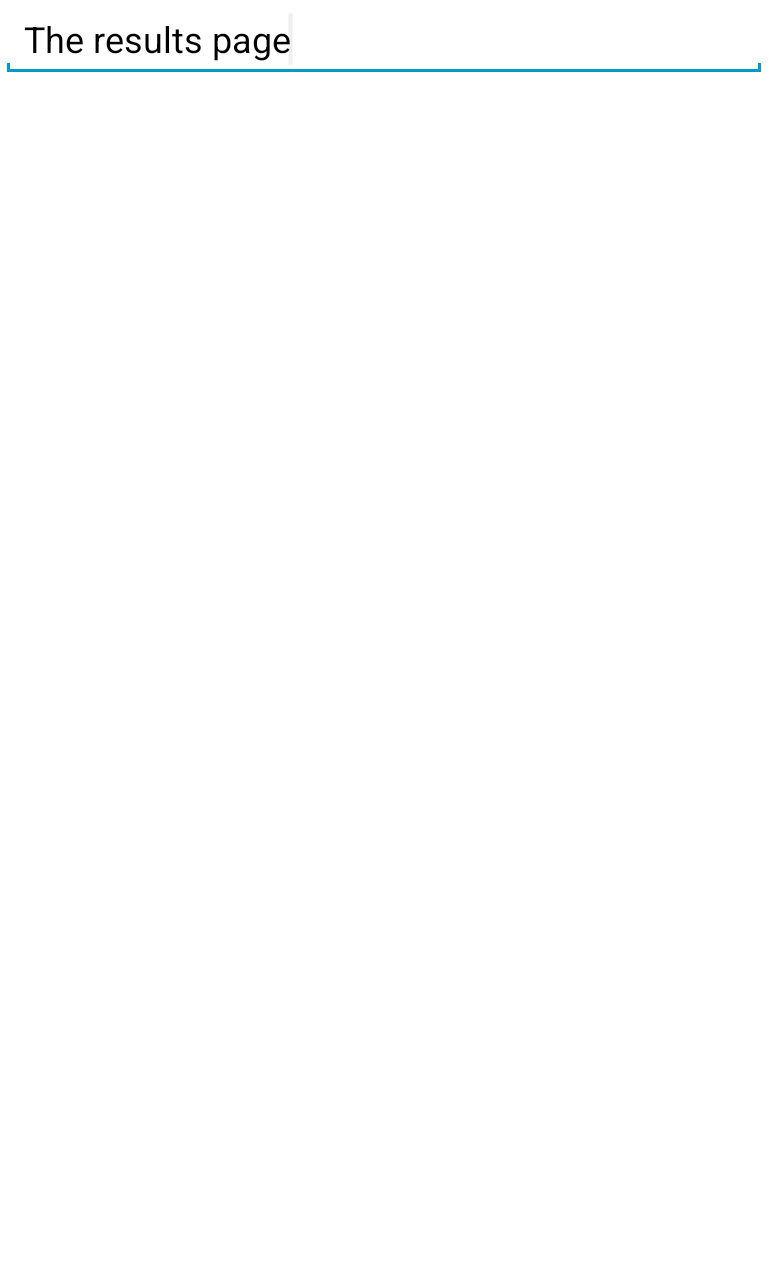
Repository: vmathur/mchacks
Layout: mobile/DealMe/res/layout/result_page.xml
These files come from the project's save history. The layout is drawn as it stood at one moment and after the next save; the edit follows.
It is drawn on a 768 x 1280 px phone screen (xhdpi) without system bars, with theme AppTheme; the app's code is not run.

Above is the layout before, as saved 2014-02-23 06:37:53.

### mobile/DealMe/res/layout/result_page.xml
<?xml version="1.0" encoding="utf-8"?>
<LinearLayout xmlns:android="http://schemas.android.com/apk/res/android"
    android:layout_width="match_parent"
    android:layout_height="match_parent"
    android:orientation="vertical" >

    <EditText
        android:id="@+id/editText1"
        android:layout_width="match_parent"
        android:layout_height="wrap_content"
        android:ems="10"
        android:text="The results page" >

        <requestFocus />
    </EditText>

    <TextView xmlns:android="http://schemas.android.com/apk/res/android"
    android:layout_width="fill_parent"
    android:layout_height="fill_parent"
    android:padding="10dp"
    android:textSize="20sp" >
</TextView>
</LinearLayout>

Loaded but not shown: mobile/DealMe/res/values/styles.xml (common file); mobile/DealMe/res/values-v11/styles.xml (common file); mobile/DealMe/res/values-v14/styles.xml (common file)

After the next save:
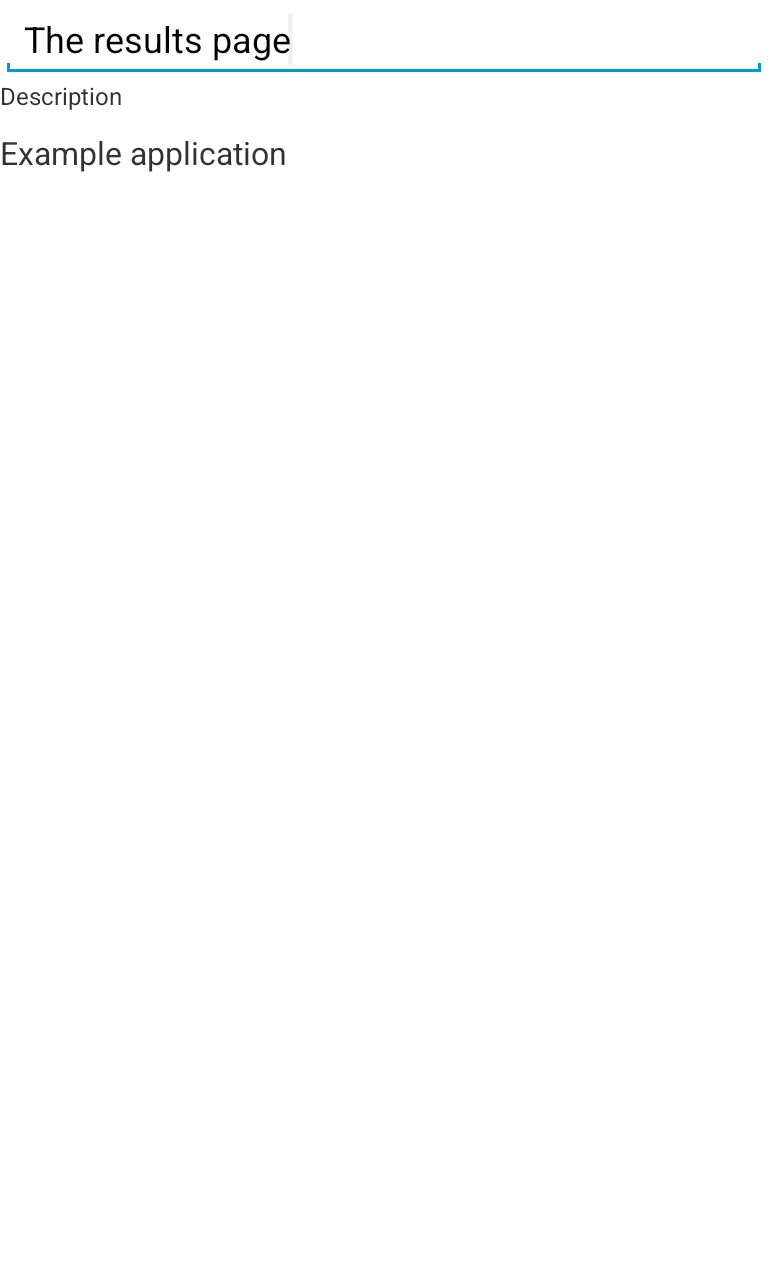
Saved 3 min 19 s later.
--- a/mobile/DealMe/res/layout/result_page.xml
+++ b/mobile/DealMe/res/layout/result_page.xml
@@ -14,10 +14,30 @@
         <requestFocus />
     </EditText>
 
-    <TextView xmlns:android="http://schemas.android.com/apk/res/android"
-    android:layout_width="fill_parent"
-    android:layout_height="fill_parent"
-    android:padding="10dp"
-    android:textSize="20sp" >
-</TextView>
+
+
+    <TextView
+        android:id="@+id/secondLine"
+        android:layout_width="fill_parent"
+        android:layout_height="26dip"
+        android:layout_alignParentBottom="true"
+        android:layout_alignParentRight="true"
+        android:layout_toRightOf="@id/icon"
+        android:ellipsize="marquee"
+        android:singleLine="true"
+        android:text="Description"
+        android:textSize="12sp" />
+
+    <TextView
+        android:layout_width="fill_parent"
+        android:layout_height="wrap_content"
+        android:layout_above="@id/secondLine"
+        android:layout_alignParentRight="true"
+        android:layout_alignParentTop="true"
+        android:layout_alignWithParentIfMissing="true"
+        android:layout_toRightOf="@id/icon"
+        android:gravity="center_vertical"
+        android:text="Example application"
+        android:textSize="16sp" />
+
 </LinearLayout>
